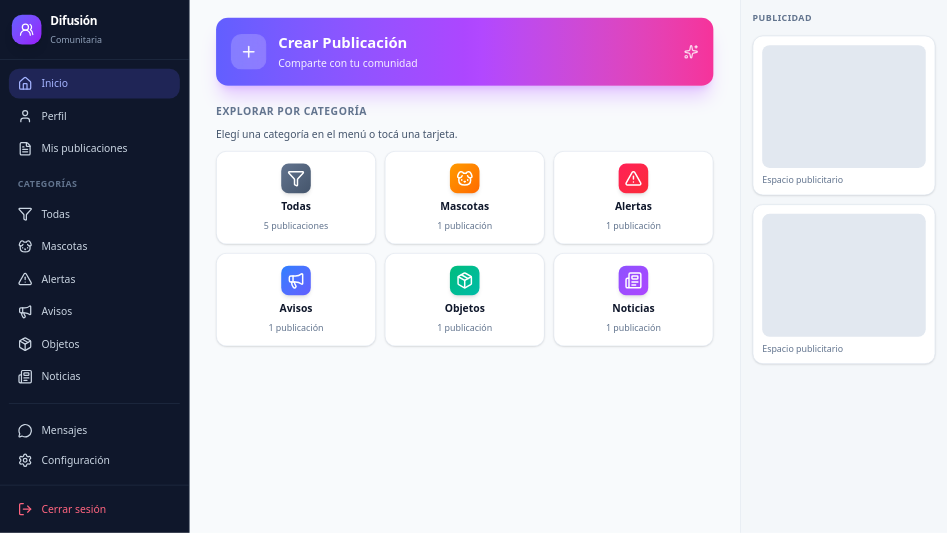
Repository: francoluca35/App-comunitaria
Page: /
An editor plug-in stored every save of this project. The page is shown before and after the next save, followed by the edit.
The browser window is 1280 px wide. The pictures show the whole page, at 74% of full size.
The project was rebuilt for these pictures with package versions that can differ from the ones it lists, and the page was loaded fresh each time. The framework's server and built-in components were replaced by stand-ins that run in the browser. Also part of the build but not shown: next.config.mjs.

Above is the page before, as saved 2026-03-06 14:08:45.

### src/app/layout.tsx
import './globals.css'
import { Providers } from './providers'

export const metadata = {
  title: 'Comunidad',
  description: 'Plataforma de difusión comunitaria',
}

export default function RootLayout({ children }: { children: React.ReactNode }) {
  return (
    <html lang="es">
      <body>
        <Providers>{children}</Providers>
      </body>
    </html>
  )
}

### src/app/page.tsx
'use client'

import Link from 'next/link'
import { useApp, Category } from './providers'
import {
  Dog,
  AlertTriangle,
  Megaphone,
  Package,
  Newspaper,
  Filter,
  Plus,
  Sparkles,
} from 'lucide-react'
import { DashboardLayout } from '@/components/DashboardLayout'

const CATEGORIES: {
  value: Category | 'all'
  slug: string
  label: string
  icon: React.ReactNode
  iconClass: string
}[] = [
  { value: 'all', slug: 'todas', label: 'Todas', icon: <Filter className="w-6 h-6" />, iconClass: 'bg-gradient-to-br from-slate-500 to-slate-600 dark:from-slate-400 dark:to-slate-500' },
  { value: 'mascotas', slug: 'mascotas', label: 'Mascotas', icon: <Dog className="w-6 h-6" />, iconClass: 'bg-gradient-to-br from-amber-500 to-orange-500 dark:from-amber-400 dark:to-orange-400' },
  { value: 'alertas', slug: 'alertas', label: 'Alertas', icon: <AlertTriangle className="w-6 h-6" />, iconClass: 'bg-gradient-to-br from-rose-500 to-red-500 dark:from-rose-400 dark:to-red-400' },
  { value: 'avisos', slug: 'avisos', label: 'Avisos', icon: <Megaphone className="w-6 h-6" />, iconClass: 'bg-gradient-to-br from-blue-500 to-indigo-500 dark:from-blue-400 dark:to-indigo-400' },
  { value: 'objetos', slug: 'objetos', label: 'Objetos', icon: <Package className="w-6 h-6" />, iconClass: 'bg-gradient-to-br from-emerald-500 to-teal-500 dark:from-emerald-400 dark:to-teal-400' },
  { value: 'noticias', slug: 'noticias', label: 'Noticias', icon: <Newspaper className="w-6 h-6" />, iconClass: 'bg-gradient-to-br from-violet-500 to-purple-500 dark:from-violet-400 dark:to-purple-400' },
]

function getCategoryCount(posts: { category: Category }[], value: Category | 'all') {
  if (value === 'all') return posts.length
  return posts.filter((p) => p.category === value).length
}

export default function HomePage() {
  const { posts } = useApp()
  const approvedPosts = posts.filter((p) => p.status === 'approved')

  return (
    <DashboardLayout>
      <div className="w-full">
        {/* CTA Crear Publicación */}
        <Link
          href="/create"
          className="group flex items-center justify-between gap-4 rounded-2xl p-4 sm:p-5 mb-6 text-white overflow-hidden bg-gradient-to-r from-indigo-500 via-purple-500 to-pink-500 shadow-xl shadow-purple-500/25 hover:shadow-2xl hover:shadow-purple-500/30 hover:scale-[1.01] active:scale-[0.99] transition-all duration-300"
        >
          <div className="flex items-center gap-4">
            <span className="flex items-center justify-center w-12 h-12 rounded-xl bg-white/20 backdrop-blur-sm group-hover:bg-white/30 transition-colors">
              <Plus className="w-6 h-6 group-hover:rotate-90 transition-transform duration-300" />
            </span>
            <div>
              <span className="text-xl font-bold block">Crear Publicación</span>
              <span className="text-sm text-white/90">Comparte con tu comunidad</span>
            </div>
          </div>
          <Sparkles className="w-5 h-5 text-white/80 group-hover:animate-pulse" />
        </Link>

        {/* Resumen: acceso rápido por categoría */}
        <section>
          <h2 className="text-sm font-semibold text-slate-500 dark:text-gray-400 uppercase tracking-wider mb-3">
            Explorar por categoría
          </h2>
          <p className="text-slate-600 dark:text-gray-400 text-sm mb-3">
            Elegí una categoría en el menú o tocá una tarjeta.
          </p>
          <div className="grid grid-cols-2 sm:grid-cols-3 gap-2 sm:gap-3">
            {CATEGORIES.map((cat) => {
              const count = getCategoryCount(approvedPosts, cat.value)
              return (
                <Link
                  key={cat.value}
                  href={`/categoria/${cat.slug}`}
                  className="group flex flex-col items-center gap-2 p-4 rounded-xl bg-white dark:bg-gray-800/80 border border-slate-200/80 dark:border-gray-700/80 shadow-sm hover:shadow-lg hover:shadow-slate-200/50 dark:hover:shadow-black/20 hover:border-transparent hover:-translate-y-0.5 active:translate-y-0 transition-all duration-200"
                >
                  <span
                    className={`flex items-center justify-center w-10 h-10 rounded-lg ${cat.iconClass} text-white shadow-md group-hover:scale-110 transition-transform duration-200`}
                  >
                    {cat.icon}
                  </span>
                  <span className="font-semibold text-slate-900 dark:text-white text-sm text-center">
                    {cat.label}
                  </span>
                  <span className="text-xs text-slate-500 dark:text-gray-400">
                    {count === 1 ? '1 publicación' : `${count} publicaciones`}
                  </span>
                </Link>
              )
            })}
          </div>
        </section>
      </div>
    </DashboardLayout>
  )
}

### src/app/globals.css
@import 'tailwindcss' source(none);
@source '../**/*.{js,ts,jsx,tsx}';
@import 'tw-animate-css';

@custom-variant dark (&:is(.dark *));

:root {
  --font-size: 16px;
  --background: #ffffff;
  --foreground: oklch(0.145 0 0);
  --card: #ffffff;
  --card-foreground: oklch(0.145 0 0);
  --popover: oklch(1 0 0);
  --popover-foreground: oklch(0.145 0 0);
  --primary: #030213;
  --primary-foreground: oklch(1 0 0);
  --secondary: oklch(0.95 0.0058 264.53);
  --secondary-foreground: #030213;
  --muted: #ececf0;
  --muted-foreground: #717182;
  --accent: #e9ebef;
  --accent-foreground: #030213;
  --destructive: #d4183d;
  --destructive-foreground: #ffffff;
  --border: rgba(0, 0, 0, 0.1);
  --input: transparent;
  --input-background: #f3f3f5;
  --switch-background: #cbced4;
  --font-weight-medium: 500;
  --font-weight-normal: 400;
  --ring: oklch(0.708 0 0);
  --chart-1: oklch(0.646 0.222 41.116);
  --chart-2: oklch(0.6 0.118 184.704);
  --chart-3: oklch(0.398 0.07 227.392);
  --chart-4: oklch(0.828 0.189 84.429);
  --chart-5: oklch(0.769 0.188 70.08);
  --radius: 0.625rem;
  --sidebar: oklch(0.985 0 0);
  --sidebar-foreground: oklch(0.145 0 0);
  --sidebar-primary: #030213;
  --sidebar-primary-foreground: oklch(0.985 0 0);
  --sidebar-accent: oklch(0.97 0 0);
  --sidebar-accent-foreground: oklch(0.205 0 0);
  --sidebar-border: oklch(0.922 0 0);
  --sidebar-ring: oklch(0.708 0 0);
}

.dark {
  --background: oklch(0.145 0 0);
  --foreground: oklch(0.985 0 0);
  --card: oklch(0.145 0 0);
  --card-foreground: oklch(0.985 0 0);
  --popover: oklch(0.145 0 0);
  --popover-foreground: oklch(0.985 0 0);
  --primary: oklch(0.985 0 0);
  --primary-foreground: oklch(0.205 0 0);
  --secondary: oklch(0.269 0 0);
  --secondary-foreground: oklch(0.985 0 0);
  --muted: oklch(0.269 0 0);
  --muted-foreground: oklch(0.708 0 0);
  --accent: oklch(0.269 0 0);
  --accent-foreground: oklch(0.985 0 0);
  --destructive: oklch(0.396 0.141 25.723);
  --destructive-foreground: oklch(0.637 0.237 25.331);
  --border: oklch(0.269 0 0);
  --input: oklch(0.269 0 0);
  --ring: oklch(0.439 0 0);
  --font-weight-medium: 500;
  --font-weight-normal: 400;
  --chart-1: oklch(0.488 0.243 264.376);
  --chart-2: oklch(0.696 0.17 162.48);
  --chart-3: oklch(0.769 0.188 70.08);
  --chart-4: oklch(0.627 0.265 303.9);
  --chart-5: oklch(0.645 0.246 16.439);
  --sidebar: oklch(0.205 0 0);
  --sidebar-foreground: oklch(0.985 0 0);
  --sidebar-primary: oklch(0.488 0.243 264.376);
  --sidebar-primary-foreground: oklch(0.985 0 0);
  --sidebar-accent: oklch(0.269 0 0);
  --sidebar-accent-foreground: oklch(0.985 0 0);
  --sidebar-border: oklch(0.269 0 0);
  --sidebar-ring: oklch(0.439 0 0);
}

@theme inline {
  --color-background: var(--background);
  --color-foreground: var(--foreground);
  --color-card: var(--card);
  --color-card-foreground: var(--card-foreground);
  --color-popover: var(--popover);
  --color-popover-foreground: var(--popover-foreground);
  --color-primary: var(--primary);
  --color-primary-foreground: var(--primary-foreground);
  --color-secondary: var(--secondary);
  --color-secondary-foreground: var(--secondary-foreground);
  --color-muted: var(--muted);
  --color-muted-foreground: var(--muted-foreground);
  --color-accent: var(--accent);
  --color-accent-foreground: var(--accent-foreground);
  --color-destructive: var(--destructive);
  --color-destructive-foreground: var(--destructive-foreground);
  --color-border: var(--border);
  --color-input: var(--input);
  --color-input-background: var(--input-background);
  --color-switch-background: var(--switch-background);
  --color-ring: var(--ring);
  --color-chart-1: var(--chart-1);
  --color-chart-2: var(--chart-2);
  --color-chart-3: var(--chart-3);
  --color-chart-4: var(--chart-4);
  --color-chart-5: var(--chart-5);
  --radius-sm: calc(var(--radius) - 4px);
  --radius-md: calc(var(--radius) - 2px);
  --radius-lg: var(--radius);
  --radius-xl: calc(var(--radius) + 4px);
  --color-sidebar: var(--sidebar);
  --color-sidebar-foreground: var(--sidebar-foreground);
  --color-sidebar-primary: var(--sidebar-primary);
  --color-sidebar-primary-foreground: var(--sidebar-primary-foreground);
  --color-sidebar-accent: var(--sidebar-accent);
  --color-sidebar-accent-foreground: var(--sidebar-accent-foreground);
  --color-sidebar-border: var(--sidebar-border);
  --color-sidebar-ring: var(--sidebar-ring);
}

@layer base {
  * {
    @apply border-border outline-ring/50;
  }

  body {
    @apply bg-background text-foreground;
  }

  html {
    font-size: var(--font-size);
  }

  h1 {
    font-size: var(--text-2xl);
    font-weight: var(--font-weight-medium);
    line-height: 1.5;
  }

  h2 {
    font-size: var(--text-xl);
    font-weight: var(--font-weight-medium);
    line-height: 1.5;
  }

  h3 {
    font-size: var(--text-lg);
    font-weight: var(--font-weight-medium);
    line-height: 1.5;
  }

  h4 {
    font-size: var(--text-base);
    font-weight: var(--font-weight-medium);
    line-height: 1.5;
  }

  label {
    font-size: var(--text-base);
    font-weight: var(--font-weight-medium);
    line-height: 1.5;
  }

  button {
    font-size: var(--text-base);
    font-weight: var(--font-weight-medium);
    line-height: 1.5;
  }

  input {
    font-size: var(--text-base);
    font-weight: var(--font-weight-normal);
    line-height: 1.5;
  }
}

/* Mobile-first custom styles */
.scrollbar-hide {
  -ms-overflow-style: none;
  scrollbar-width: none;
}

.scrollbar-hide::-webkit-scrollbar {
  display: none;
}

/* Smooth transitions */
* {
  -webkit-tap-highlight-color: transparent;
}

/* Safe area for mobile devices */
@supports (padding: max(0px)) {
  body {
    padding-bottom: max(0px, env(safe-area-inset-bottom));
  }
}

### src/components/DashboardLayout.tsx
'use client'

import { useState } from 'react'
import Link from 'next/link'
import { Menu, Megaphone } from 'lucide-react'
import { DashboardSidebar } from './DashboardSidebar'

export function DashboardLayout({ children }: { children: React.ReactNode }) {
  const [sidebarOpen, setSidebarOpen] = useState(false)

  return (
    <div className="relative flex min-h-screen bg-slate-50 dark:bg-[#84041c] ">

    <img
      src="/assets/logocst.png"
      alt="logo"
      className="absolute w-64 opacity-20"
    />
      {/* Sidebar izquierdo: oculto en móvil salvo overlay */}
      <div
        className={`fixed inset-y-0 left-0 z-40 lg:static lg:block ${
          sidebarOpen ? 'block' : 'hidden'
        }`}
      >
        <DashboardSidebar onNavigate={() => setSidebarOpen(false)} />
      </div>

      {sidebarOpen && (
        <button
          type="button"
          aria-label="Cerrar menú"
          className="fixed inset-0 z-30 bg-black/50 lg:hidden"
          onClick={() => setSidebarOpen(false)}
        />
      )}

      {/* Centro: feed con ancho acotado */}
      <div className="flex-1 flex flex-col min-w-0 max-w-full">
        <header className="sticky top-0 z-20 flex items-center justify-between gap-2 px-3 py-3 bg-white/90 dark:bg-gray-950/90 backdrop-blur-xl border-b border-slate-200/80 dark:border-gray-800 lg:hidden">
          <div className="flex items-center gap-2">
            <button
              type="button"
              onClick={() => setSidebarOpen(true)}
              className="p-2 rounded-xl text-slate-600 dark:text-gray-400 hover:bg-slate-100 dark:hover:bg-gray-800"
              aria-label="Abrir menú"
            >
              <Menu className="w-6 h-6" />
            </button>
            <span className="font-semibold text-slate-900 dark:text-white">Difusión Comunitaria</span>
          </div>
          <Link
            href="/publicidades"
            className="flex items-center gap-1.5 px-3 py-2 rounded-xl bg-indigo-500/15 text-indigo-600 dark:text-indigo-400 hover:bg-indigo-500/25 text-sm font-medium"
            aria-label="Publicidades"
          >
            <Megaphone className="w-4 h-4" />
            <span>Publicidades</span>
          </Link>
        </header>

        <main className="flex-1 p-4 lg:p-6 overflow-auto flex justify-center">
          <div className="w-full max-w-2xl">
            {children}
          </div>
        </main>
      </div>

      {/* Columna fija: publicidad (solo desktop) */}
      <aside className="hidden xl:block w-[280px] shrink-0 border-l border-slate-200/80 dark:border-gray-800 bg-slate-100/50 dark:bg-gray-900/50 overflow-y-auto">
        <div className="sticky top-0 p-4 space-y-4">
          <h3 className="text-xs font-semibold text-slate-500 dark:text-gray-500 uppercase tracking-wider">
            Publicidad
          </h3>
          <div className="space-y-3">
            <div className="rounded-xl bg-white dark:bg-gray-800/80 border border-slate-200 dark:border-gray-700 p-3 shadow-sm">
              <div className="aspect-[4/3] rounded-lg bg-slate-200 dark:bg-gray-700 mb-2" />
              <p className="text-xs text-slate-500 dark:text-gray-400">Espacio publicitario</p>
            </div>
            <div className="rounded-xl bg-white dark:bg-gray-800/80 border border-slate-200 dark:border-gray-700 p-3 shadow-sm">
              <div className="aspect-[4/3] rounded-lg bg-slate-200 dark:bg-gray-700 mb-2" />
              <p className="text-xs text-slate-500 dark:text-gray-400">Espacio publicitario</p>
            </div>
          </div>
        </div>
      </aside>
    </div>
  )
}

### src/lib/supabase/client.ts
import { createClient as createSupabaseClient } from '@supabase/supabase-js'

const supabaseUrl = process.env.NEXT_PUBLIC_SUPABASE_URL!
const supabaseAnonKey = process.env.NEXT_PUBLIC_SUPABASE_ANON_KEY!

export function createClient() {
  return createSupabaseClient(supabaseUrl, supabaseAnonKey)
}

### src/components/DashboardSidebar.tsx
'use client'

import Link from 'next/link'
import { usePathname, useRouter } from 'next/navigation'
import {
  Users2,
  Home,
  User,
  FileText,
  Filter,
  Dog,
  AlertTriangle,
  Megaphone,
  Package,
  Newspaper,
  MessageCircle,
  Settings,
  LogOut,
  LayoutDashboard,
} from 'lucide-react'
import { useApp } from '@/app/providers'

const CATEGORIES = [
  { slug: 'todas', label: 'Todas', icon: Filter },
  { slug: 'mascotas', label: 'Mascotas', icon: Dog },
  { slug: 'alertas', label: 'Alertas', icon: AlertTriangle },
  { slug: 'avisos', label: 'Avisos', icon: Megaphone },
  { slug: 'objetos', label: 'Objetos', icon: Package },
  { slug: 'noticias', label: 'Noticias', icon: Newspaper },
] as const

export function DashboardSidebar({ onNavigate }: { onNavigate?: () => void }) {
  const pathname = usePathname()
  const router = useRouter()
  const { currentUser, logout } = useApp()

  const isActive = (path: string) => {
    if (path === '/') return pathname === '/'
    return pathname.startsWith(path)
  }

  const linkClass = (active: boolean) =>
    `flex items-center gap-3 px-3 py-2.5 rounded-xl text-sm font-medium transition-colors ${
      active
        ? 'bg-indigo-500/20 text-indigo-300 dark:text-indigo-200'
        : 'text-slate-300 dark:text-gray-400 hover:bg-white/5 hover:text-white dark:hover:text-gray-200'
    }`

  return (
    <aside className="flex flex-col w-64 min-h-full bg-slate-900 dark:bg-[#440813] border-r border-slate-700/50 dark:border-gray-800 shrink-0">
      {/* Logo */}
      <div className="p-4 border-b border-slate-700/50 dark:border-gray-800">
        <Link href="/" className="flex items-center gap-3" onClick={onNavigate}>
          <div className="flex items-center justify-center w-10 h-10 rounded-xl bg-gradient-to-br from-indigo-500 to-purple-600 shadow-lg">
            <Users2 className="w-5 h-5 text-white" />
          </div>
          <div>
            <span className="text-white font-bold tracking-tight block">Difusión</span>
            <span className="text-slate-400 dark:text-gray-500 text-xs">Comunitaria</span>
          </div>
        </Link>
      </div>

      {/* Nav */}
      <nav className="flex-1 overflow-y-auto p-3 space-y-1">
        <Link href="/" className={linkClass(pathname === '/')} onClick={onNavigate}>
          <Home className="w-5 h-5 shrink-0" />
          Inicio
        </Link>
        <Link href="/profile" className={linkClass(isActive('/profile'))} onClick={onNavigate}>
          <User className="w-5 h-5 shrink-0" />
          Perfil
        </Link>
        <Link href="/mis-publicaciones" className={linkClass(isActive('/mis-publicaciones'))} onClick={onNavigate}>
          <FileText className="w-5 h-5 shrink-0" />
          Mis publicaciones
        </Link>

        <div className="pt-4 pb-2">
          <p className="px-3 text-xs font-semibold text-slate-500 dark:text-gray-500 uppercase tracking-wider">
            Categorías
          </p>
        </div>
        {CATEGORIES.map(({ slug, label, icon: Icon }) => {
          const href = `/categoria/${slug}`
          const active = pathname === href
          return (
            <Link key={slug} href={href} className={linkClass(active)} onClick={onNavigate}>
              <Icon className="w-5 h-5 shrink-0" />
              {label}
            </Link>
          )
        })}

        <div className="pt-4 border-t border-slate-700/50 dark:border-gray-800 mt-4">
          <Link href="#" className={linkClass(false)} onClick={onNavigate}>
            <MessageCircle className="w-5 h-5 shrink-0" />
            Mensajes
          </Link>
          <Link href="/profile" className={linkClass(isActive('/profile'))} onClick={onNavigate}>
            <Settings className="w-5 h-5 shrink-0" />
            Configuración
          </Link>
        </div>

        {currentUser?.isAdmin && (
          <Link href="/admin" className={linkClass(isActive('/admin'))} onClick={onNavigate}>
            <LayoutDashboard className="w-5 h-5 shrink-0" />
            Acceso Admin
          </Link>
        )}
      </nav>

      {/* Cerrar sesión */}
      <div className="p-3 border-t border-slate-700/50 dark:border-gray-800">
        <button
          type="button"
          onClick={async () => {
            await logout()
            onNavigate?.()
            router.push('/login')
          }}
          className="flex items-center gap-3 w-full px-3 py-2.5 rounded-xl text-sm font-medium text-rose-400 hover:bg-rose-500/10 hover:text-rose-300 transition-colors"
        >
          <LogOut className="w-5 h-5 shrink-0" />
          Cerrar sesión
        </button>
      </div>
    </aside>
  )
}

Loaded but not shown: src/app/components/ui/sonner.tsx (common file); src/app/providers.tsx (554 lines, source omitted)

After the next save:
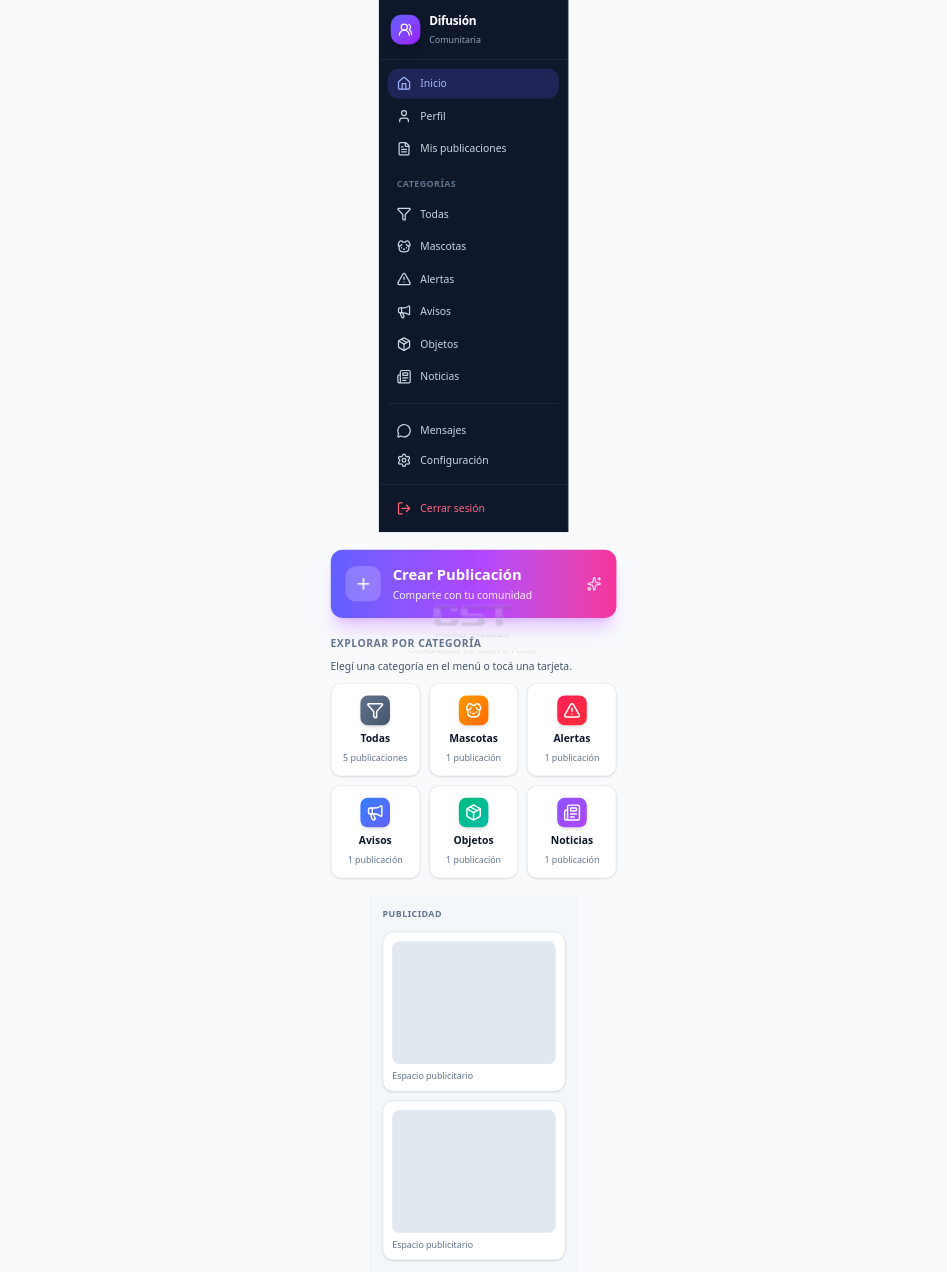
Saved 5 s later.
--- a/src/components/DashboardLayout.tsx
+++ b/src/components/DashboardLayout.tsx
@@ -9,7 +9,7 @@ export function DashboardLayout({ children }: { children: React.ReactNode }) {
   const [sidebarOpen, setSidebarOpen] = useState(false)
 
   return (
-    <div className="relative flex min-h-screen bg-slate-50 dark:bg-[#84041c] ">
+    <div className="relative flex min-h-screen bg-slate-50 dark:bg-[#84041c] items-center justify-center flex-col">
 
     <img
       src="/assets/logocst.png"
